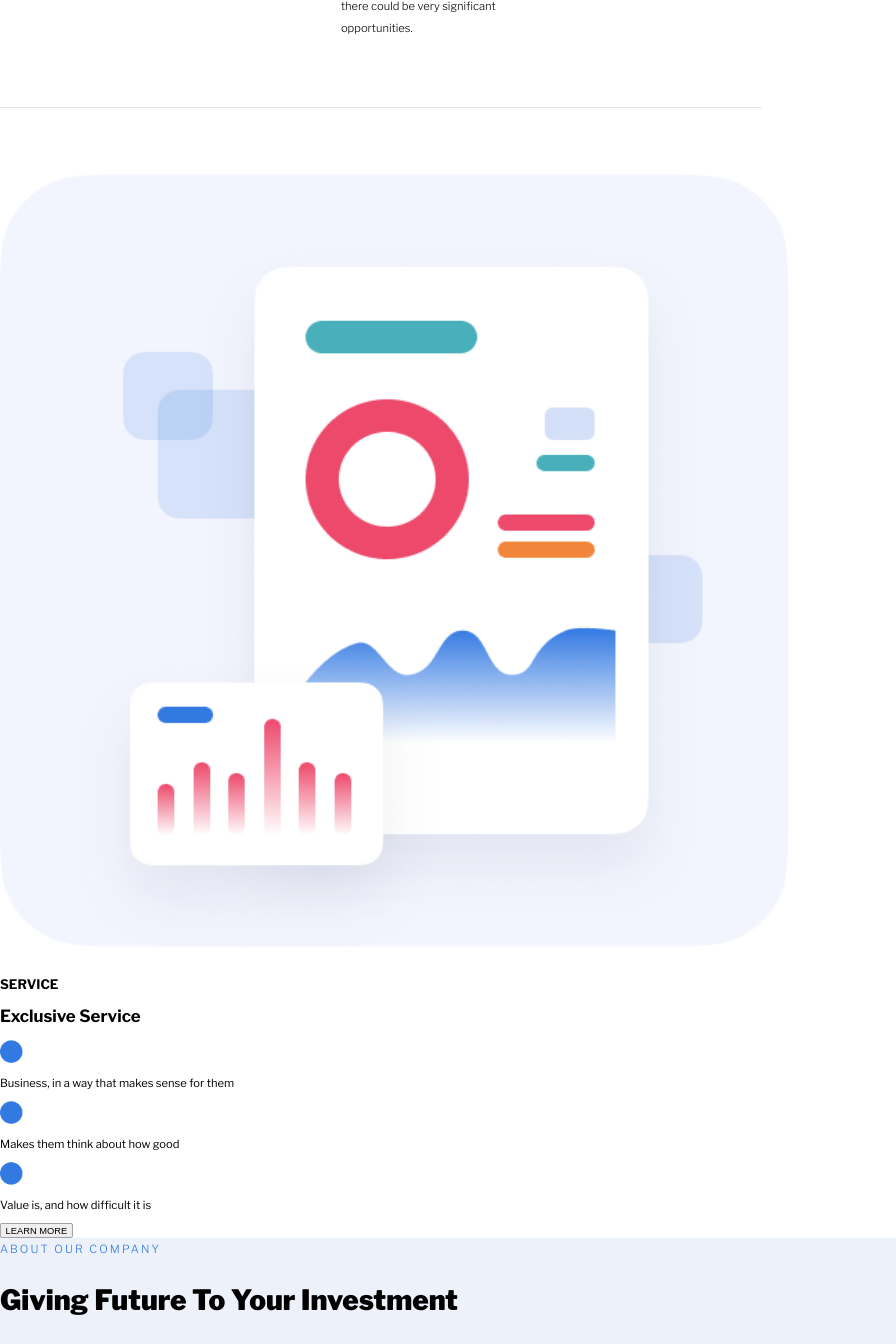
Repository: adryelfelipe/frontend-prova
Page: prova-figma/Prova/index.html
These files come from the project's save history. The page is drawn as it stood at one moment and after a run of saves; the edit follows.
The browser window is 1280 px wide. The pictures show the part of the page from y = 1436 to 3356 px (the page is 3838 px tall), at 70% of full size.

Above is the page before, as saved 2026-06-22 19:04:03.

### prova-figma/Prova/index.html
<!DOCTYPE html>
<html lang="en">
<head>
    <meta charset="UTF-8">
    <meta name="viewport" content="width=device-width, initial-scale=1.0">
    <link rel="stylesheet" href="style/variaveis.css">
    <link rel="stylesheet" href="./style/style.css">
    <title>Document</title>
</head>
<body>
    <header>
        <h2>MNY</h2>

        <nav>
            <p>About</p>
            <p>Features</p>
            <p>Services</p>
            <p>Pricing</p>
            <p>Blog</p>
        </nav>

        <button>CONTACT</button>

        <img src="./assets/icon/hamburguer.svg" alt="">
    </header>
    <main>
        <section class="hero">
            <article class="hero-first-article">
                <h3 class="subtitle-base hero-subtitle">MAKE MONEY</h3>
                <h1 class="title-base hero-title">Grow Your Money Like Never Before</h1>
                <p class="paragraph hero-paragraph">Business, in a way that makes sense for them. But if it makes them think about how good the value.</p>
                <button class="hero-button">GET STARTED</button>
            </article>
            <article class="hero-second-article">
                <!-- <img class src="assets/img/homem-terno.png" alt=""> -->
            </article>
        </section>

        <section class="service">
            <div class="service-container">
                <article class="service-card">
                    <div class="bg-icon-fly">
                        <img src="./assets/icon/icon1-fly-section2.svg" class="icon-fly" alt="">
                    </div>

                    <h3 class="subtitle-tertiary">Strong Security</h3>
                    <p class="paragraph">Way that makes sense for them. But if it makes them think about how good the value is, and how difficult it is.</p>
                </article>

                <article class="service-card">
                    <div class="bg-icon-backpack">
                        <img src="./assets/icon/icon2-backpack-section2.png" class="icon-backpack" alt="">
                    </div>

                    <h3 class="subtitle-tertiary">Creative Solutions</h3>
                    <p class="paragraph">But if it makes them think about how good the value is, and how difficult it is, there could be very significant.</p>
                </article>

                <article class="service-card">
                    <div class="bg-icon-rocket">
                        <img src="./assets/icon/icon3-rocket-section2.png" class="icon-rocket" alt="">
                    </div>

                    <h3 class="subtitle-tertiary">Free Online</h3>
                    <p class="paragraph">Good the value is, and how difficult it is, there could be very significant opportunities.</p>
                </article>
            </div>

            <div class="service-container-line">

            </div>

            <img src="./assets/img/infos-section2.png" class="service-img" alt="">

            <article>
                <h3>SERVICE</h3>
                <h2>Exclusive Service</h2>

                <div>
                    <img src="./assets/icon/bg-icon4-section2.png" alt="">
                    <img src="./assets/icon/correct-icon-section2.png" alt="">
                    <p>Business, in a way that makes sense for them</p>
                </div>

                <div>
                    <img src="./assets/icon/bg-icon4-section2.png" alt="">
                    <img src="./assets/icon/correct-icon-section2.png" alt="">
                    <p>Makes them think about how good</p>
                </div>

                <div>
                    <img src="./assets/icon/bg-icon4-section2.png" alt="">
                    <img src="./assets/icon/correct-icon-section2.png" alt="">
                    <p>Value is, and how difficult it is</p>
                </div>

                <button>LEARN MORE</button>
            </article>
        </section>
        <section class="our-company">
            <article class="company-first-article">
                <h3 class="subtitle-base company-subtitle">ABOUT OUR COMPANY</h3>
                <h2 class="subtitle-secondary">Giving Future To Your Investment</h2>
                <p class="company-paragraph">Business, in a way that makes sense for them. But if it makes them think about.</p>
                <p class="paragraph company-paragraph-second">But if it makes them think about how good the value is, and how difficult it is, there could be very significant opportunities—it could be really expensive for them.</p>
                <button class="company-button">ABOUT US</button>
            </article>
            <article class="company-second-article">
                <img src="assets/img/our-company.png" alt="">
            </article>
        </section>
    </main>
</body>
</html>

### prova-figma/Prova/style/variaveis.css
@import url('https://fonts.googleapis.com/css2?family=Libre+Franklin:ital,wght@0,100..900;1,100..900&display=swap');

:root {
    --primary-color: #FFFFFF;
    --header-icon-border-color: rgba(255, 255, 255, 0.3);
    --bg-color: rgba(50, 121, 226, 1);

    --subtitle: rgba(170, 196, 234, 1);

    --normal-line: rgba(213, 214, 225, 1);

    /*Icons Session 2*/
    --bg-icon-fly: rgba(230, 247, 248, 1);
    --bg-icon-backpack: rgba(252, 237, 240, 1);
    --bg-icon-rocket: rgba(253, 243, 230, 1);

    --icon-fly-color: rgba(73, 175, 186, 1);
    --icon-backpack-color: rgba(237, 73, 107, 1);
    --icon-rocket-colot: rgba(241, 134, 59, 1);
}

.title-base{
    font-family: 'Libre Franklin';
    font-weight: 900;
    font-size: 3.5rem;
    line-height: 64px;
    letter-spacing: -1px;
}

.subtitle-base{
    margin: 0;
    font-family: 'Libre Franklin';
    font-weight: 300;
    font-size: 1rem;
    line-height: 32px;
    letter-spacing: 3px;
    text-transform: uppercase;
}

.subtitle-secondary{
    font-family: 'Libre Franklin';
    font-weight: 900;
    font-size: 2.5rem;
    line-height: 48px;
    letter-spacing: 0px;
}

.subtitle-tertiary{
    font-family: Libre Franklin;
    font-weight: 900;
    font-size: 24px;
    line-height: 32px;
    letter-spacing: 0px;
}

.paragraph{
    font-family: 'Libre Franklin';
    font-weight: 300;
    font-size: 1rem;
    line-height: 32px;
    letter-spacing: 0px;
}

### prova-figma/Prova/style/style.css
body{
    font-family:"Libre Franklin";
    margin: 0px;
}

/* HEADER */
header{
    display: flex;
    justify-content: space-around;
    align-items: center;
    background-color: var(--bg-color);
}

header nav{
    display: none;
}

header button{
    display: none;
}

header img {
    border: solid 1px var(--header-icon-border-color);
    border-radius: 16px;
}

header h2 {
    color: var(--primary-color);
}


/* SECTION HERO */
.hero{
    background: linear-gradient(135deg, #3279E2 0%, #CACAEB 100%);
    margin-bottom: 80px;
}

.hero-first-article{
    width: 98%;                     /*OBSERVAÇÃO IMPORTANTE EM QUESTÃO          DO POSICIONAMENTO E FIDELIDADE AO FIGMA*/
    justify-self: center;           /*O POSICIONAMENTO FOI ALTERADO POIS, EMBORA A TIPOGRAFIA TENHA SIDO COPIADA EXTRITAMENTE SEMLHANTE AO FIGMA OS TAMANHOS E POSICIONAMENTOS DA TELA NA RESOLUÇÃO MÍNIMA INDICADA NÃO DARIAM CERTO*/
}

.hero-subtitle{
    color: var(--subtitle);
}

.hero-title{
    color: var(--primary-color);
}

.hero-paragraph{
    color: rgba(255, 255, 255, 0.5);
}

.hero-button{
    background-color: rgba(17, 17, 17, 1);
    color: var(--primary-color);
    padding: 16px 30px;
    font-family: Libre Franklin;
    font-weight: 700;
    font-size: 14px;
    line-height: 100%;
    letter-spacing: 0px;
    text-align: center;
    text-transform: uppercase;
    border: none;
    border-radius: 16px;
}

/* .hero-second-article{
    width: 405px;
    height: 80%;
}

.image{
    object-fit: cover;

} */

/* SECTION SERVICE */
.service {
    display: flex;
    flex-direction: column;
}

.service-container {
    display: flex;
    flex-direction: column;
    align-items: center;
    gap: 64px;
}

.service-container-line {
    height: 1px;
    background-color: var(--normal-line);
    width: 85vw;
    justify-self: center;
    margin-top: 80px;
    margin-bottom: 95px;
}

.service-img {
    justify-self: center;
    width: 88vw;
    height: 88vw;
}

.service-card {
    display: flex;
    flex-direction: column;
}

.service-card p {
    width: 306px;
}

.bg-icon-fly {
    display: flex;
    justify-content: center;
    align-items: center;
    border-radius: 100px;
    width: 102px;
    height: 102px;
    background-color: var(--bg-icon-fly)
}

.icon-fly {
    height: 2rem;
    width: 3rem;
}

.bg-icon-backpack {
    display: flex;
    justify-content: center;
    align-items: center;
    border-radius: 100px;
    width: 102px;
    height: 102px;
    background-color: var(--bg-icon-backpack)
}

.icon-backpack {
    height: 2,5rem;
    width: 3rem;
}

.bg-icon-rocket {
    display: flex;
    justify-content: center;
    align-items: center;
    border-radius: 100px;
    width: 102px;
    height: 102px;
    background-color: var(--bg-icon-rocket)
}

.icon-rocket {
    height: 3rem;
    width: 3rem;
}

/* SECTION OUR COMPANY */

.our-company{
    background-color: rgba(236, 241, 250, 1);
}

.company-subtitle{
    color: rgba(50, 121, 226, 1);
}

.company-paragraph{
    font-family: Libre Franklin;
    font-weight: 300;
    font-size: 20px;
    line-height: 32px;
    letter-spacing: 0px;
}

.company-button{
    background-color: transparent;
    color: rgba(50, 121, 226, 1);
    padding: 16px 30px;
    font-family: Libre Franklin;
    font-weight: 700;
    font-size: 14px;
    line-height: 100%;
    letter-spacing: 0px;
    text-align: center;
    text-transform: uppercase;
    border: 1px solid rgba(50, 121, 226, 0.3);
    border-radius: 16px;
}

.company-paragraph-second{
    color: rgba(51, 51, 51, 0.75);
}

.company-second-article .company-first-article{

}

After the next 7 saves:
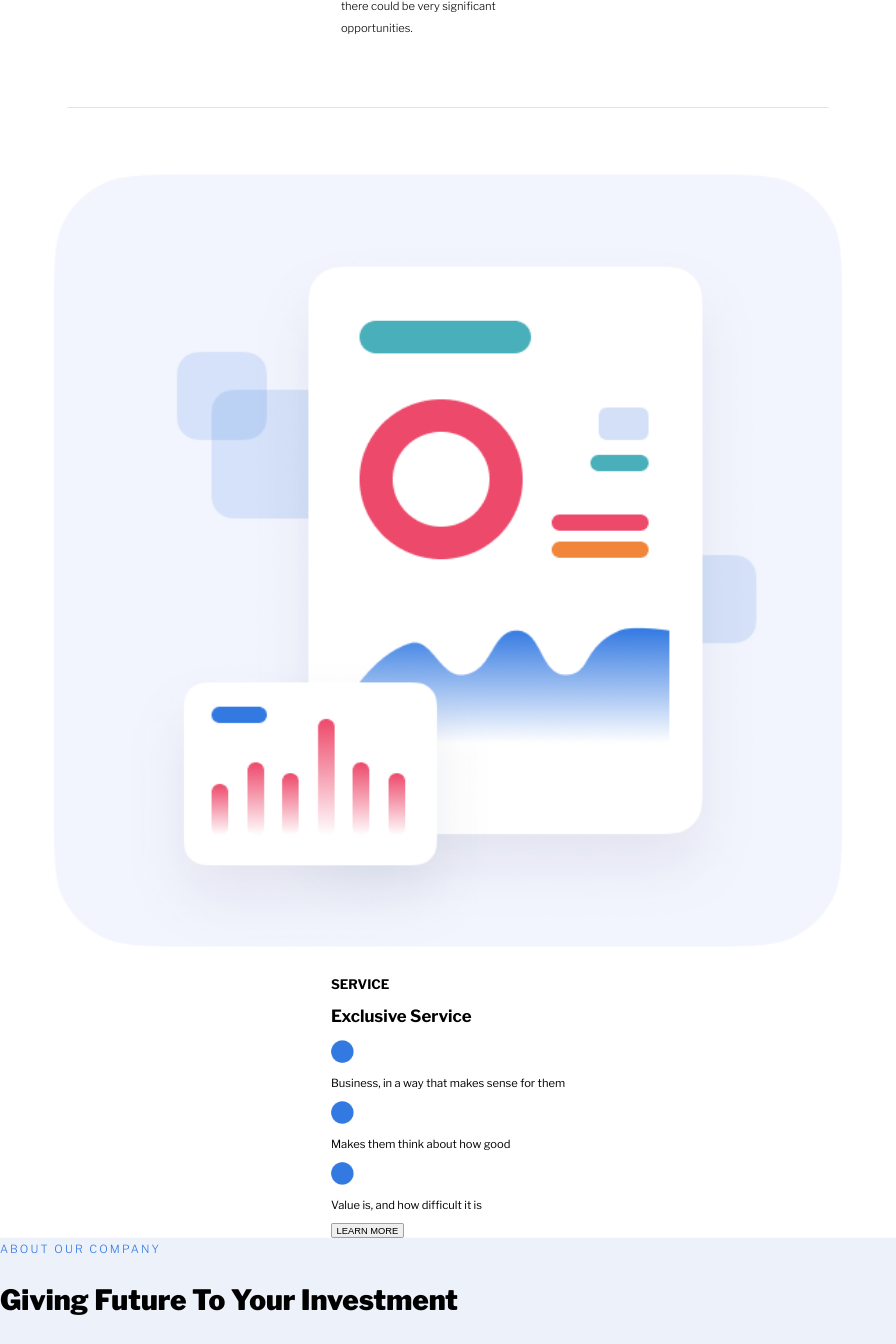
The 7 saves are shown as one change because they came seconds apart.
The last was saved 18 s later.
--- a/prova-figma/Prova/style/style.css
+++ b/prova-figma/Prova/style/style.css
@@ -81,12 +81,12 @@ header h2 {
 .service {
     display: flex;
     flex-direction: column;
+    align-items: center;
 }
 
 .service-container {
     display: flex;
     flex-direction: column;
-    align-items: center;
     gap: 64px;
 }
 
@@ -197,5 +197,6 @@ header h2 {
 }
 
 .company-second-article .company-first-article{
-
-}
+    width: 98%;
+    justify-self: center;
+}
